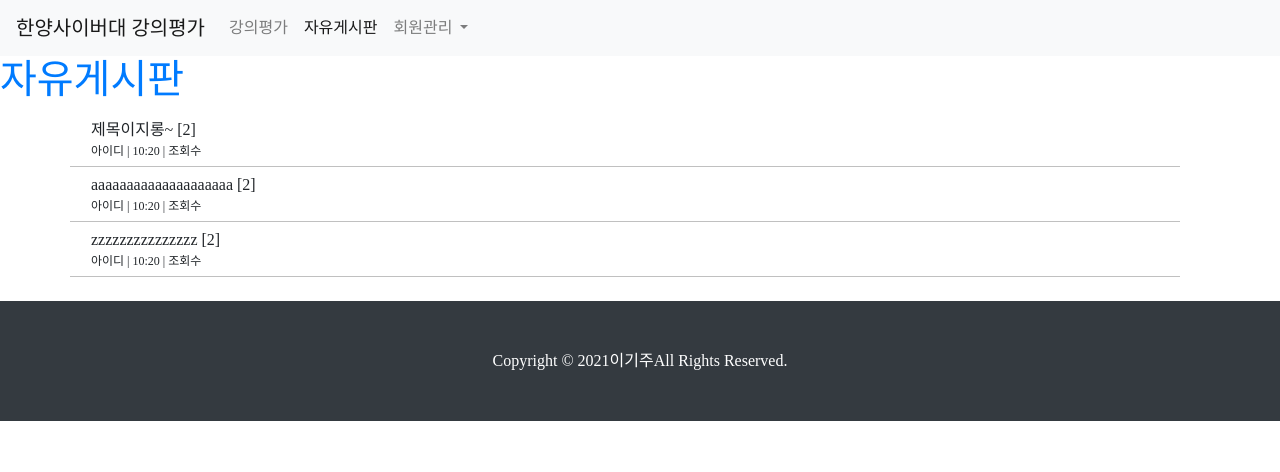
Repository: lkjjjang/hycu
Page: http://localhost/hycujjang/mobile.jsp
These files come from the project's save history. The page is drawn as it stood at one moment and after the next save; the edit follows.
The browser window is 1280 px wide. The pictures show the whole page.
Some web fonts or font styles are not loaded; a fallback is used. The page is served by Tomcat 9. Nobody is signed in. The application's start-up code is not run. Other server files are loaded and not shown.

Above is the page before, as saved 2022-01-02 09:29:21.

### hycujjang/WebContent/mobile.jsp
<%@ page language="java" contentType="text/html; charset=UTF-8"
    pageEncoding="UTF-8"%>
<%@ page import="java.util.ArrayList" %>
<%@ page import="java.net.URLEncoder" %>
<%@ page import="java.io.PrintWriter" %>
<%@ taglib prefix="c" uri="http://java.sun.com/jsp/jstl/core"%>
<%@ taglib prefix="fmt" uri="http://java.sun.com/jsp/jstl/fmt"%>

<!DOCTYPE html>
<html>
<head>
	<meta charset="UTF-8">
	<meta name="viewport" content="width=device-width, initial-scale=1, shrink-to-fit=no">
	<title>한양사이버대 강의평가</title>
	<!-- 부트스트랩 CSS 추가하기 -->
	<link rel="stylesheet"
			href="https://stackpath.bootstrapcdn.com/bootstrap/4.4.1/css/bootstrap.min.css"
			integrity="sha384-Vkoo8x4CGsO3+Hhxv8T/Q5PaXtkKtu6ug5TOeNV6gBiFeWPGFN9MuhOf23Q9Ifjh"
			crossorigin="anonymous">
	<!-- 커스텀 CSS 추가하기 -->
	<link rel="stylesheet" href="./css/custom.css">
	<style>
		.b{
			border: solid 1px black;
		}
	</style>
</head>
<body>
	<nav class="navbar navbar-expand-md navbar-light bg-light">
		<a class="navbar-brand" href="index.jsp">한양사이버대 강의평가</a>
		<button class="navbar-toggler" type="button" data-toggle="collapse" data-target="#navbar">
			<span class="navbar-toggler-icon"></span>
		</button>
		<div id="navbar" class="collapse navbar-collapse">
			<ul class="navbar-nav mr-auto">
				<li class="nav-item">
					<a class="nav-link" href="lectureBoardController?pageNumber=1">강의평가</a>
				</li>
				<li class="nav-item active">
					<a class="nav-link" href="freeBoardController?pageNumber=1">자유게시판</a>
				</li>
				<li class="nav-item dropdown">
					<a class="nav-link dropdown-toggle" id="dropdown" data-toggle="dropdown" href="index.jsp">
						회원관리
					</a>
					<div class="dropdown-menu" aria-labelledby="dropdown">
						<a class="dropdown-item" href="logout.jsp">로그아웃</a>
					</div>
				</li>
			</ul>
		</div>
	</nav>
	<h1>
   		<a class="ed link-primary text-bold title-underline" href="freeBoardController?pageNumber=1">자유게시판</a>
	</h1>
	<div class="container">
		<div class="row" style="height: auto; width: 100%; border-bottom:1px solid silver; padding: 6px;">
			<div class="col-12">
				제목이지롱~ [2]
			</div>
			<div class="col-12" style="font-size: 12px">
				아이디 | 10:20 | 조회수
			</div>
		</div>
		<div class="row" style="height: auto; width: 100%; border-bottom:1px solid silver; padding: 6px;">
			<div class="col-12">
				aaaaaaaaaaaaaaaaaaaa [2]
			</div>
			<div class="col-12" style="font-size: 12px">
				아이디 | 10:20 | 조회수
			</div>
		</div>
		<div class="row" style="height: auto; width: 100%; border-bottom:1px solid silver; padding: 6px;">
			<div class="col-12">
				zzzzzzzzzzzzzzz [2]
			</div>
			<div class="col-12" style="font-size: 12px">
				아이디 | 10:20 | 조회수
			</div>
		</div>
	</div>
  		<!--
  		${userID == 'admin'} 세션에 있는 유저 아이디
  		넘어오는 목록${freeBBS}
  		<c:if test="${userID == 'admin'}">
			<input type="checkbox" name="delCheck_id" id="delCheck_id" value="${freeBBS.bbsID}">
		</c:if>
		${freeBBS.bbsID}
		<a href="freeBoardDetailController?id=${freeBBS.bbsID}">${freeBBS.bbsTitle}</a>

  		${freeBBS.nickName}
  		${freeBBS.bbsHit}
  		${freeBBS.bbsDate}

  		-->
		<!-- 페이지번호 출력 -->
		<!-- 파라미터로 들어오는 페이지 번호를 이용해 startNum값을 구함 -->



	<footer class="bg-dark mt-4 p-5 text-center" style="color: #FFFFFF;">
		Copyright &copy; 2021이기주All Rights Reserved.
	</footer>
	<script src="https://code.jquery.com/jquery-3.6.0.js"
  			integrity="sha256-H+K7U5CnXl1h5ywQfKtSj8PCmoN9aaq30gDh27Xc0jk="
  			crossorigin="anonymous">
	</script>
	<script src="https://cdn.jsdelivr.net/npm/popper.js@1.16.0/dist/umd/popper.min.js"
			integrity="sha384-Q6E9RHvbIyZFJoft+2mJbHaEWldlvI9IOYy5n3zV9zzTtmI3UksdQRVvoxMfooAo"
			crossorigin="anonymous">
	</script>
	<script src="https://maxcdn.bootstrapcdn.com/bootstrap/4.0.0/js/bootstrap.min.js"
			integrity="sha384-JZR6Spejh4U02d8jOt6vLEHfe/JQGiRRSQQxSfFWpi1MquVdAyjUar5+76PVCmYl"
			crossorigin="anonymous">
	</script>
	<script type="text/javascript">
		function guestWrite() {
			alert('게스트 계정은 글작성이 불가능 합니다.');
		}
	</script>
	<script type="text/javascript">
		function deleteAll() {
			var checkList = document.getElementsByName('delCheck_id');
			var checkedList = new Array();
			var count = 0;
			for (var i = 0; i < checkList.length; i++) {
				if (checkList[i].checked == true) {
					count++;
					checkedList[i] = checkList[i].value;
				}
			}

			if (count == 0) {
				alert('선택사항이 없습니다.');
				return;
			}

			var data = new Array();
			for (var i = 0; i < checkedList.length; i++) {
				if (checkedList[i] != null) {
					var dataTemp = new Object();
					dataTemp.id = checkedList[i];
					data.push(dataTemp);
				}
			}

			$.ajax({
				type: "post",
				url: "freeBoardDeleteController",
				data: JSON.stringify(data),
				contentType: "application/json; charset=utf-8",
				dataType: "json",

				success: function(json) {
					if (json[0].resultCode == 'ok') {
						alert('삭제 되었습니다.');
					} else {
						alert('데이터베이스 오류 입니다.');
					}
					location.reload();
				},
				error: function(json) {
					alert('시스템 오류 입니다.')
				}
			});
		}
	</script>
	<script type="text/javascript">
		function select(tagID) {
			var id = tagID.id;
			var checkList = document.getElementsByName('delCheck_id');
			for (var i = 0; i < checkList.length; i++) {
				if (id == 'selectAll') {
					checkList[i].checked = true;
				} else {
					checkList[i].checked = false;
				}
			}

			if (id == 'selectAll') {
				changeId('cancel', '선택해제');
			} else {
				changeId('selectAll', '전체선택');
			}
		}

		function changeId(id, text)  {
			  const btnElement = document.getElementById('checkList');
			  btnElement.innerHTML = '<button class="btn btn-primary" id="' + id + '" onclick="select(this)">'+ text +'</button>' +
			  							'<button class="btn btn-danger" id="deleteAll" onclick="deleteAll()">선택삭제</button>';
		}
	</script>
</body>
</html>

### hycujjang/WebContent/css/custom.css
@import url(https://fonts.googleapis.com/earlyaccess/jejugothic.css);
@import url(https://fonts.googleapis.com/css2?family=Nanum+Gothic&display=swap);
.navbar-brand, h1, h2, h3, h4 {
	font-family: 'Jeju Gothic';
}
h5 {
	font-family: 'Jeju Gothic';
	font-size: 18px;
}
body {
	font-family: 'Nanum Gothic';
}

After the next save:
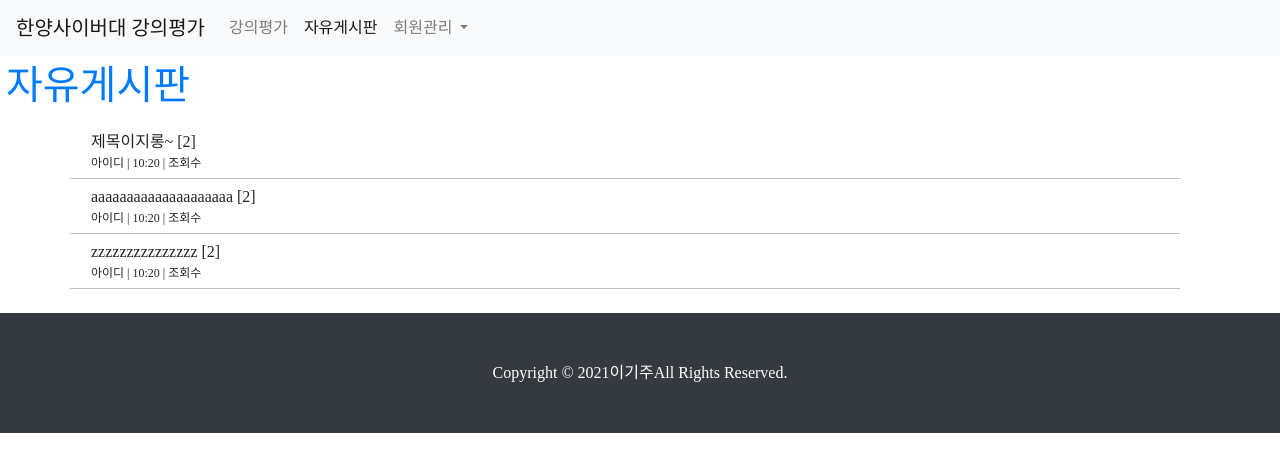
Saved 40 s later.
--- a/hycujjang/WebContent/mobile.jsp
+++ b/hycujjang/WebContent/mobile.jsp
@@ -50,7 +50,7 @@
 			</ul>
 		</div>
 	</nav>
-	<h1>
+	<h1 style="padding: 6px;">
    		<a class="ed link-primary text-bold title-underline" href="freeBoardController?pageNumber=1">자유게시판</a>
 	</h1>
 	<div class="container">
